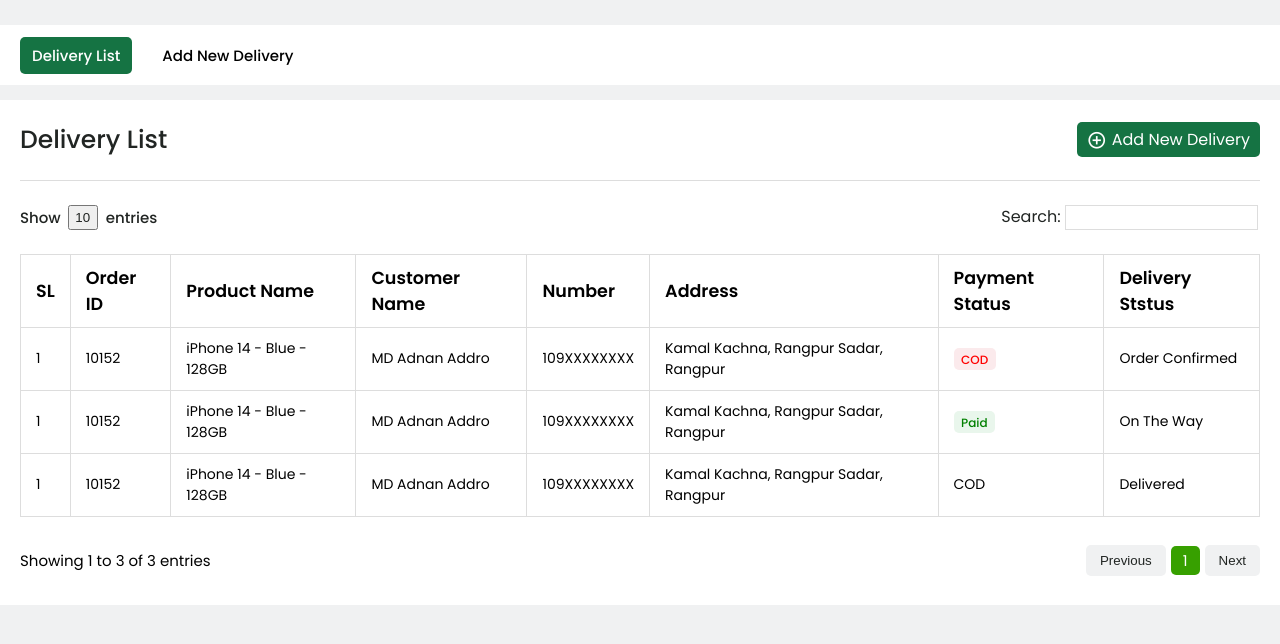
Repository: codebyaddro/delivery-page
Page: delivery.html
These files come from the project's save history. The page is drawn as it stood at one moment and after a run of saves; the edit follows.
The browser window is 1280 px wide. The pictures show the whole page.

Above is the page before, as saved 2025-02-27 14:03:12.

After the next 9 saves:
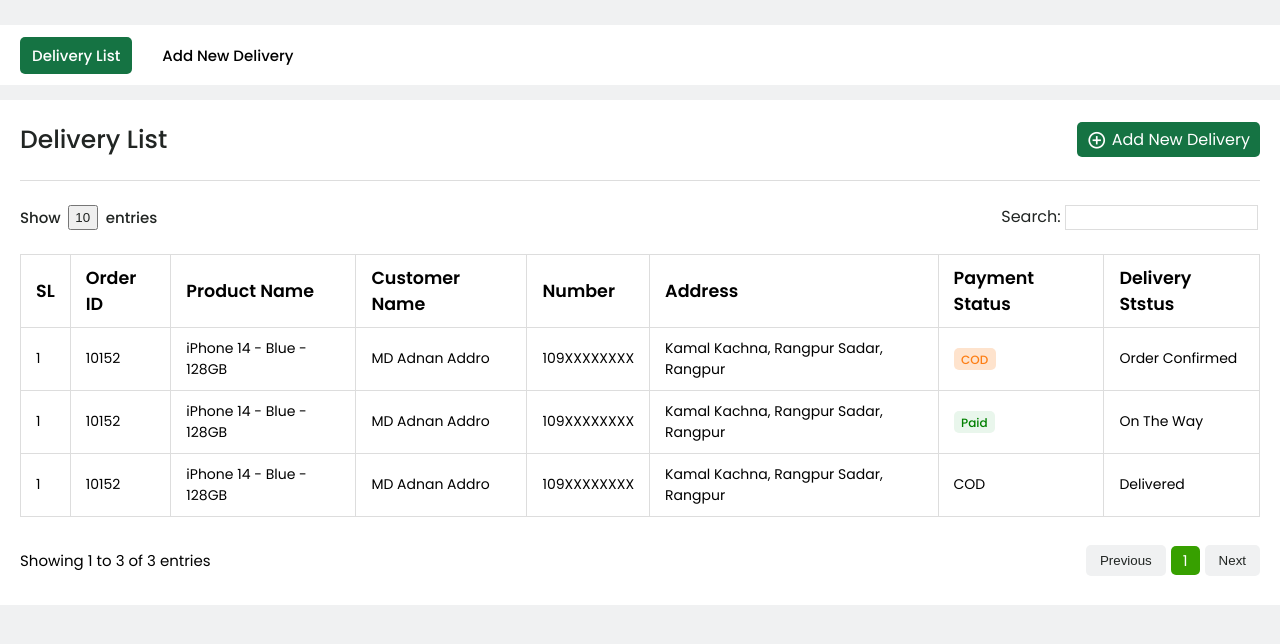
The 9 saves are shown as one change because they came seconds apart.
The last was saved 18 s later.
--- a/delivery.css
+++ b/delivery.css
@@ -229,8 +229,8 @@ tbody tr:hover {
 }
 
 .ps-cod {
-    color: var(--red);
-    background-color: var(--light-red);
+    color: var(--orange);
+    background-color: var(--lt-orange);
     font-size: 12px;
     font-weight: 500;
     padding: 2.5px 7.5px;
